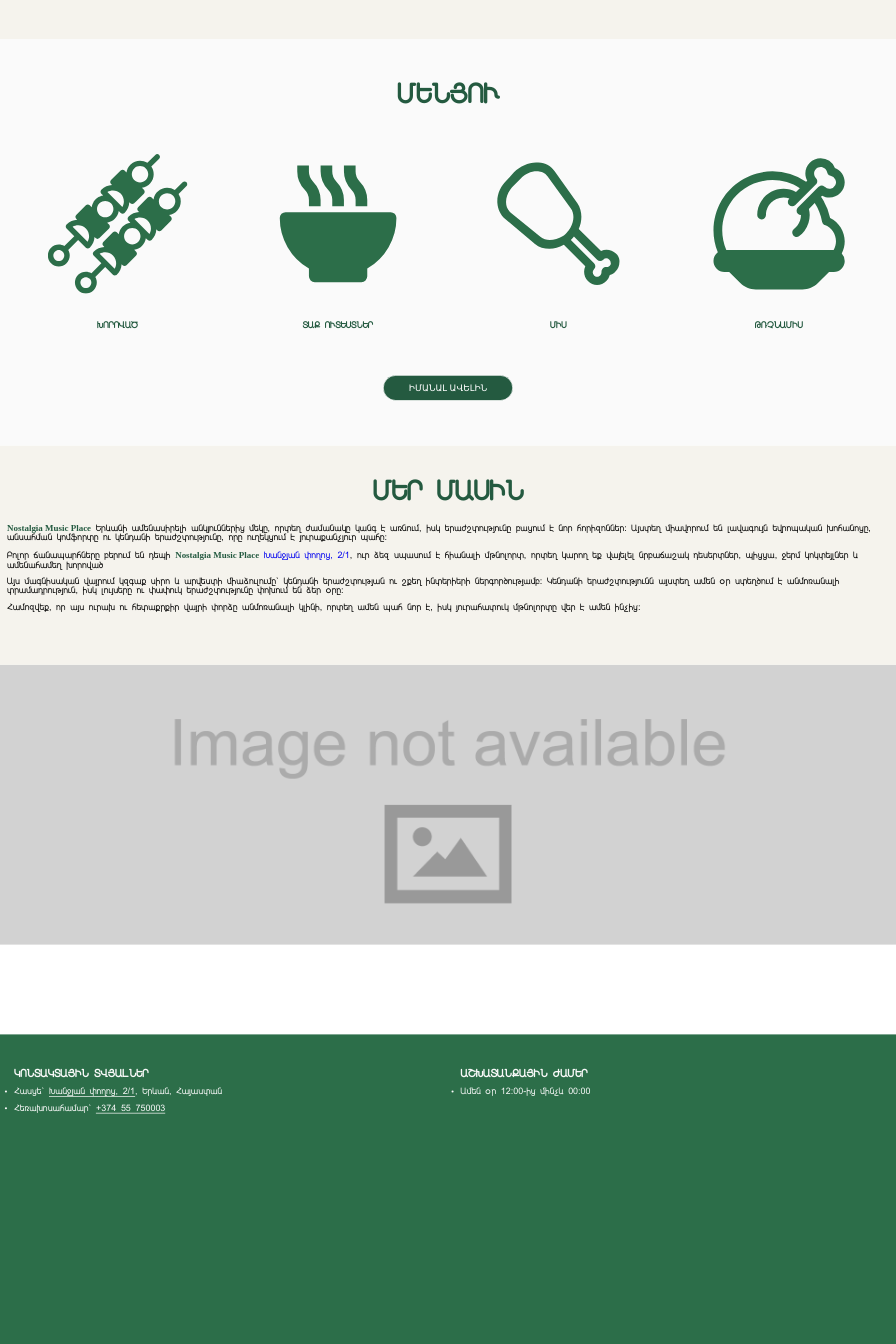
Repository: RuVerr/nost-testttt
Page: index.html
These files come from the project's save history. The page is drawn as it stood at one moment and after the next save; the edit follows.
The browser window is 1280 px wide. The pictures show the part of the page from y = 1164 to 3084 px (the page is 3084 px tall before and 3046 px after), at 70% of full size.
Pictures or frames that could not be fetched are drawn as grey boxes.

Above is the page before, as saved 2025-03-01 20:47:38.

After the next save:
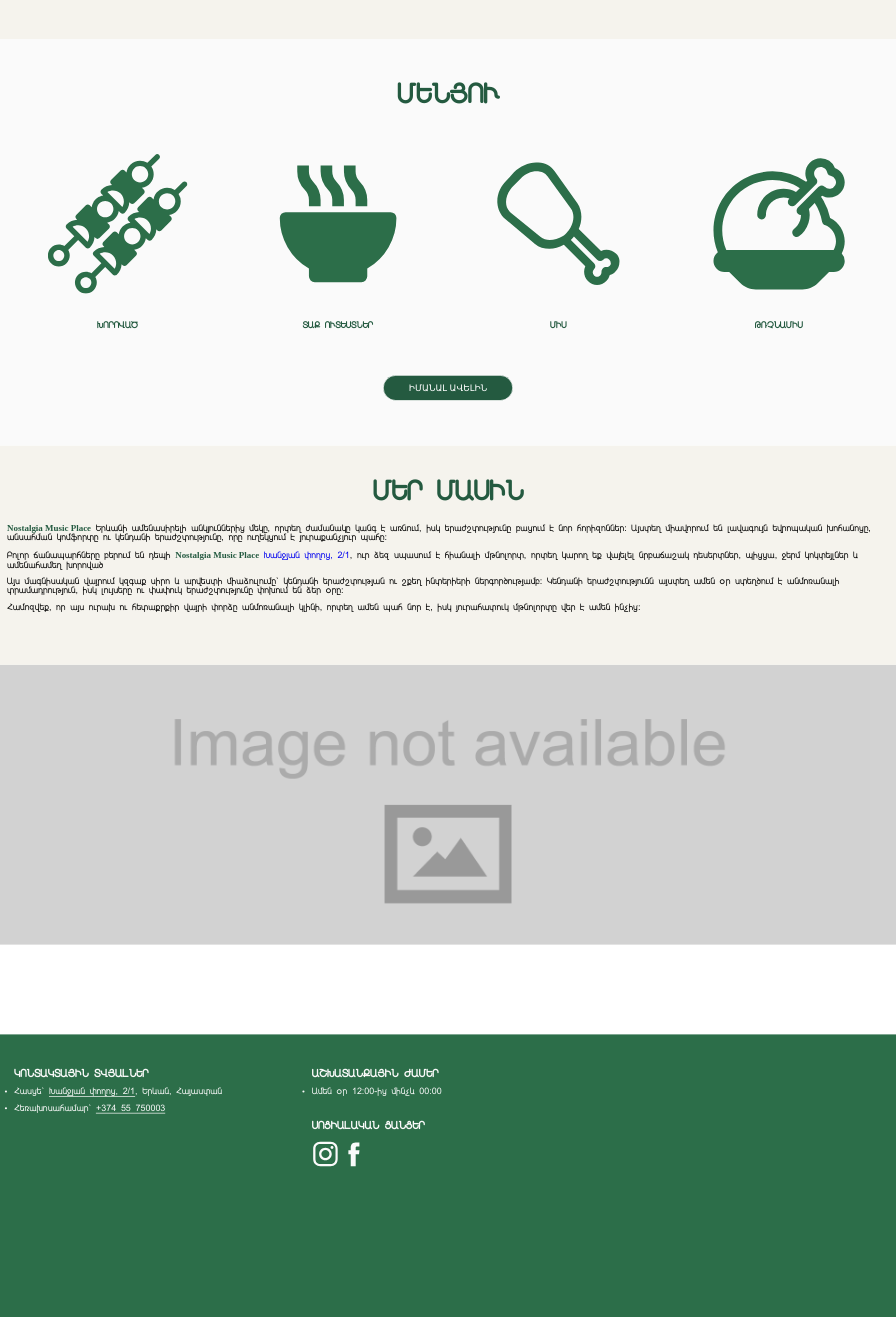
Saved 4 s later.
--- a/index.html
+++ b/index.html
@@ -369,6 +369,24 @@
                             Ամեն օր 12:00-ից մինչև 00:00
                         </li>
                     </ul>
+                    <div class="social_networks">
+                        <h3 class="contact_information_title font-family text-transform-uppercase">
+                            Սոցիալական ցանցեր
+                        </h3>
+                        <ul class="contact_information_list grid justify-content-center">
+                            <li class="contact_information_list_item font-family">
+                                <a href="https://www.instagram.com/nostalgia_music_place/">
+                                    <img src="./icons/social-networks/instagram-icon.svg" alt="instagram icon green" class="contact_information_list_icon">
+                                </a>
+                            </li>
+                            <li class="contact_information_list_item font-family">
+                                <a href="https://www.facebook.com/NostalgiaMusicPlace11/">
+                                    <img src="./icons/social-networks/facebook-icon.svg" alt="facebook icon green" class="contact_information_list_icon">
+                                </a>
+                            </li>
+                        </ul>
+                    </div>
+                </div>
                 <div class="map_location">
                     <iframe class="iframe_map_location" src="https://www.google.com/maps/embed?pb=!1m18!1m12!1m3!1d1179.9665225226893!2d44.5160230573367!3d40.173041511064774!2m3!1f0!2f0!3f0!3m2!1i1024!2i768!4f13.1!3m3!1m2!1s0x406abda99ad4e649%3A0xb8f93c131b9016b2!2sNostalgia%20Music%20Place!5e1!3m2!1sru!2sam!4v1740845159413!5m2!1sru!2sam"style="border:0;" loading="lazy" referrerpolicy="no-referrer-when-downgrade"></iframe>
                 </div>
